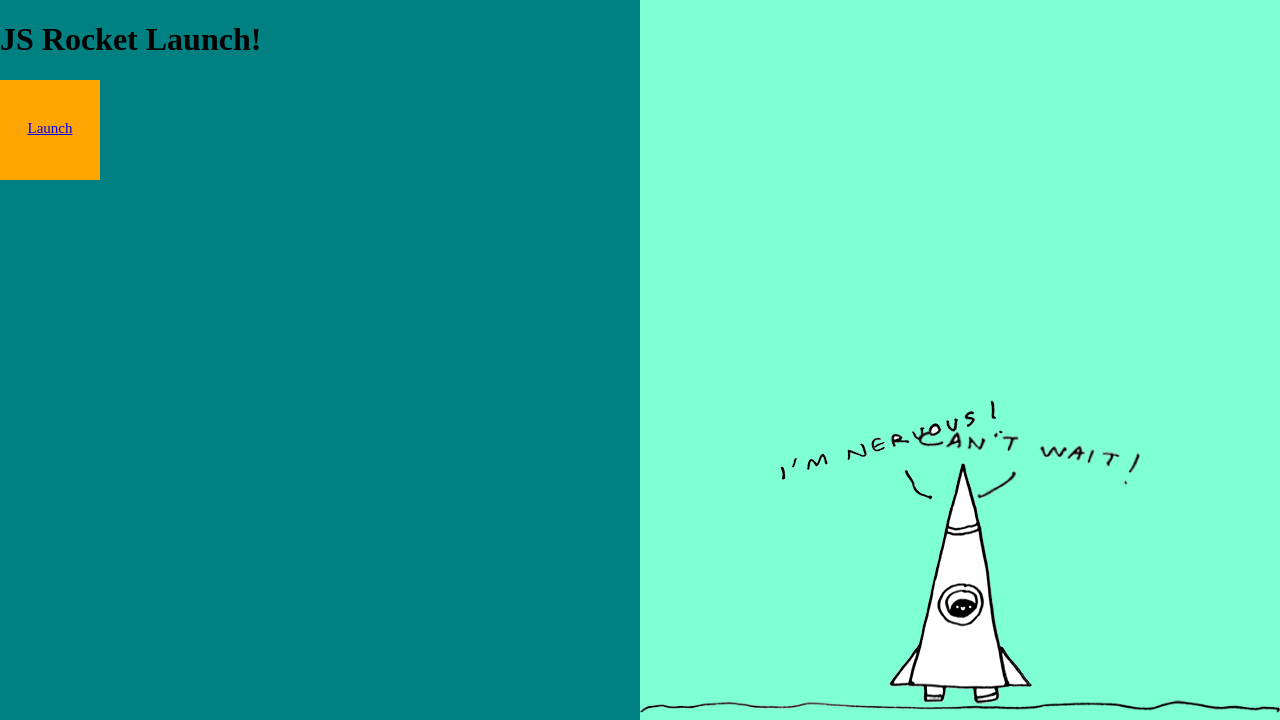
Repository: alcarrizo/Rocket-launch
Page: index.html
An editor plug-in stored every save of this project. The page is shown before and after the next save, followed by the edit.
The browser window is 1280 px wide. The pictures show the whole page.

Above is the page before, as saved 2022-10-20 17:27:17.

After the next save:
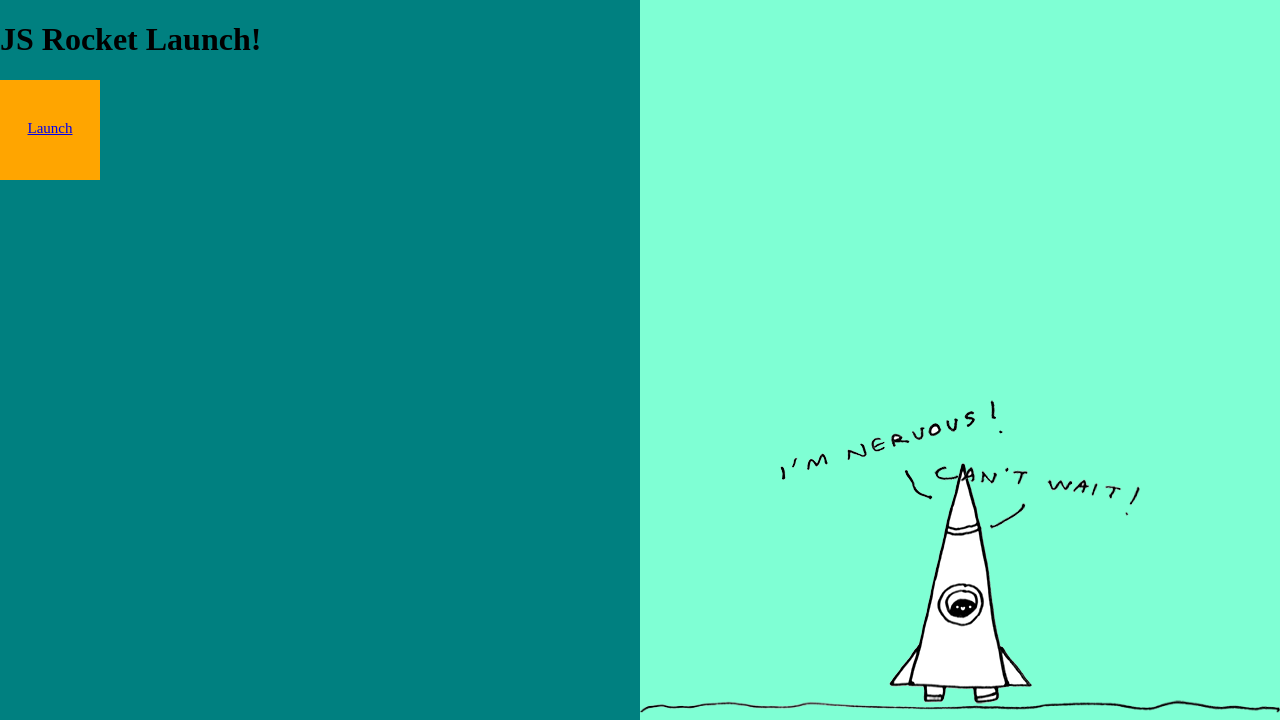
Saved 32 s later.
--- a/css/style.css
+++ b/css/style.css
@@ -88,8 +88,8 @@ body {
     margin-right: -180px;
     background: url('../img/cant-wait.png') no-repeat 0 0;
     background-size: 100%;
-    width: 223px;
-    height: 100px;
+    width: 206px;
+    height: 65px;
 }
 
 a {}
